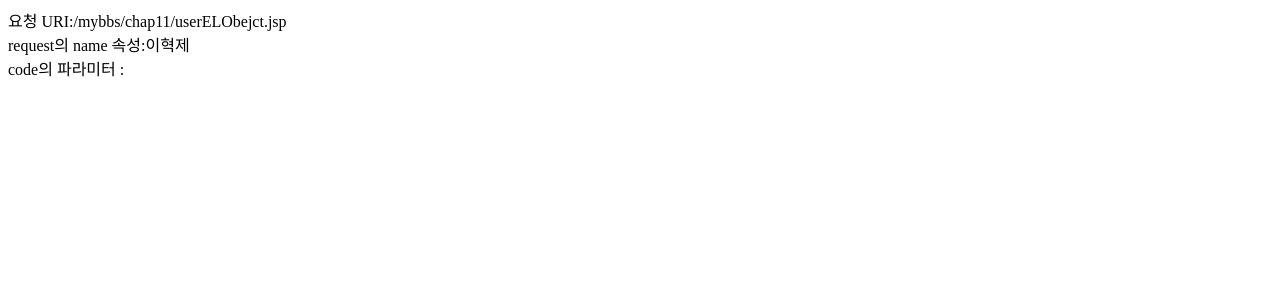
Repository: LeeHyukJe/LHJ
Page: http://localhost/mybbs/chap11/userELObejct.jsp
The author's editor kept a copy of each file at every save. The page is drawn from the files as they stood at one save, then again after the next save.
The browser window is 1280 px wide. The pictures show the whole page.
The page is served by Tomcat 9.

Above is the page before, as saved 2017-09-27 01:38:59.

After the next save:
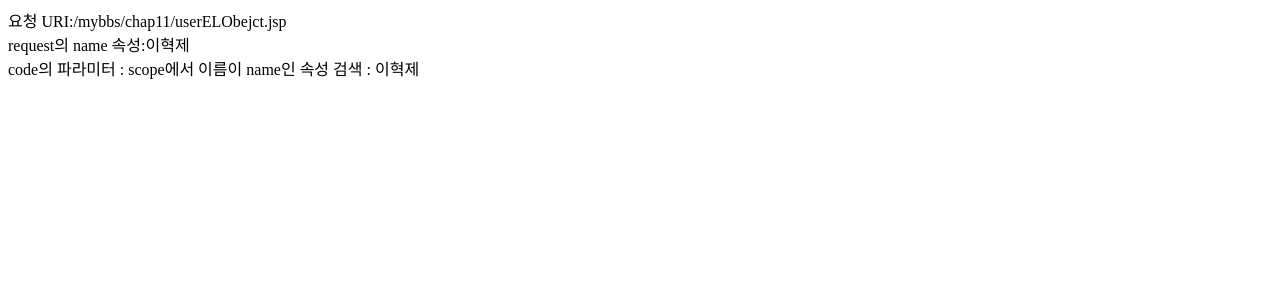
Saved 4 min 1 s later.
--- a/mybbs/WebContent/chap11/userELObejct.jsp
+++ b/mybbs/WebContent/chap11/userELObejct.jsp
@@ -12,6 +12,7 @@
 <body>
 	요청 URI:${pageContext.request.requestURI }<br>
 	request의 name 속성:${requestScope.name}<br>
-	code의 파라미터 : ${param.code }
+	code의 파라미터 : ${param.code}
+	scope에서 이름이 name인 속성 검색 : ${name }
 </body>
 </html>
